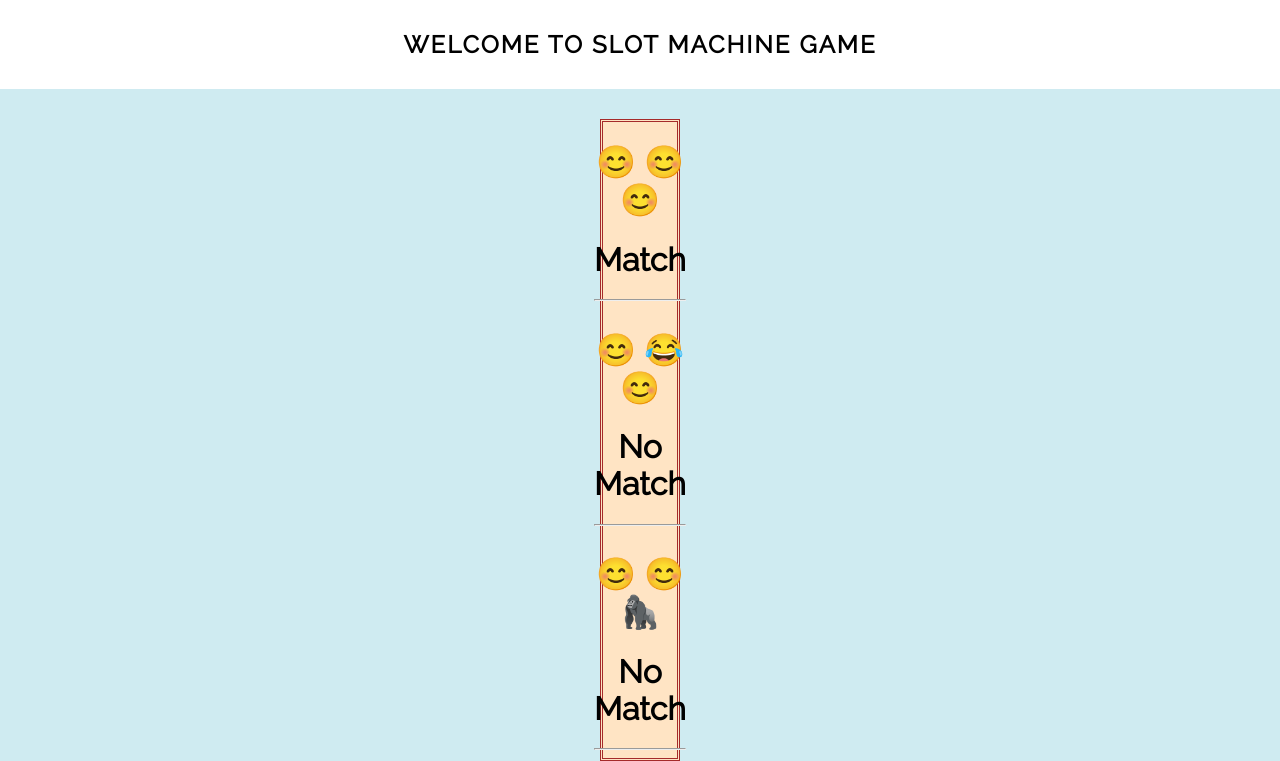
Repository: duggallakshya/slotMachineReact
Page: /
An editor plug-in stored every save of this project. The page is shown before and after a run of saves, followed by the edit.
The browser window is 1280 px wide. The pictures show the whole page.
The project was rebuilt for these pictures with package versions that can differ from the ones it lists, and the page was loaded fresh each time.

Above is the page before, as saved 2022-03-23 18:37:50.

### src/index.js
import React from 'react';
import ReactDOM from 'react-dom';
import './index.css';
import App from './App';

ReactDOM.render(
  <App />,
  document.getElementById('root')
)

### src/index.css
@import url('https://fonts.googleapis.com/css2?family=Raleway&display=swap');
body{
  background-color: rgb(207, 235, 241);
  margin: 0;
  padding: 0;

}

.heading-style{
  padding: 30px 0;
  margin-top: 0px;
  text-align: center;
  font-family:'Raleway', sans-serif;
  text-transform: uppercase;
  font-size: 13px;
  letter-spacing: 2px;
  font-weight: 500;
  background-color: #fff;
  font-size: 1.5rem;
  margin-bottom: 30px;
  font-weight: bold;
}

.slot-inner{
  text-align: center;
  font-family: 'Raleway', sans-serif ;
}
.main-div{
  display: flex;
  flex-direction: column;
  height: auto;
  justify-content: center;
  align-items: center;
  background-color: bisque;
  /* padding: 0px 30px;*/
  margin: 0px 600px;
  position: relative;
  border: brown;
  border-style: double;

}

### src/App.jsx
import React from 'react';
import SlotMachine from './SlotMachine';

const App = () => {
    return(
        <>
            <h1 className="heading-style">  Welcome to Slot machine game </h1>
            <div className="main-div">
                <SlotMachine x ='😊' y ='😊' z ='😊'/>
                <SlotMachine x ='😊' y ='😂' z ='😊'/>
                <SlotMachine x ='😊' y ='😊' z ='🦍'/>
            </div>
        </>
    )
}

export default App;

### src/SlotMachine.jsx
import React from 'react';

const SlotMachine = (props) => {
    if(props.x===props.y && props.y==props.z){
        return (
            <>
                <div className="slot-inner">

                    <h1> {props.x} {props.y} {props.z} </h1>
                    <h1> Match </h1>
                    <hr/>

                </div>
            </>
        )
    }
    else{
        return (
            <>
                <div className="slot-inner">

                    <h1> {props.x} {props.y} {props.z} </h1>
                    <h1> No Match </h1>
                    <hr/>

                </div>
            </>
        )
    }
}

export default SlotMachine;

Loaded but not shown: public/index.html (common file)

After the next 3 saves:
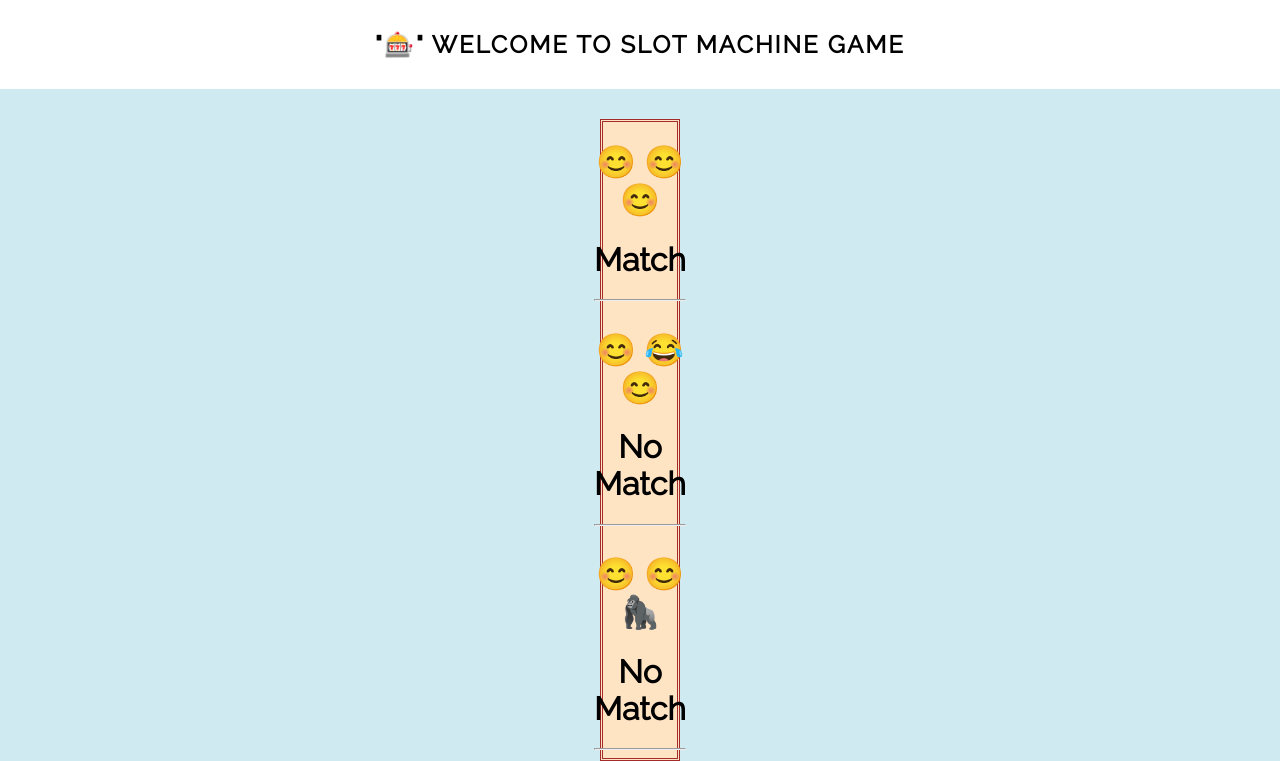
The 3 saves are shown as one change because they came seconds apart.
The last was saved 12 s later.
--- a/src/App.jsx
+++ b/src/App.jsx
@@ -4,7 +4,7 @@ import SlotMachine from './SlotMachine';
 const App = () => {
     return(
         <>
-            <h1 className="heading-style">  Welcome to Slot machine game </h1>
+            <h1 className="heading-style"> "🎰" Welcome to Slot machine game </h1>
             <div className="main-div">
                 <SlotMachine x ='😊' y ='😊' z ='😊'/>
                 <SlotMachine x ='😊' y ='😂' z ='😊'/>
